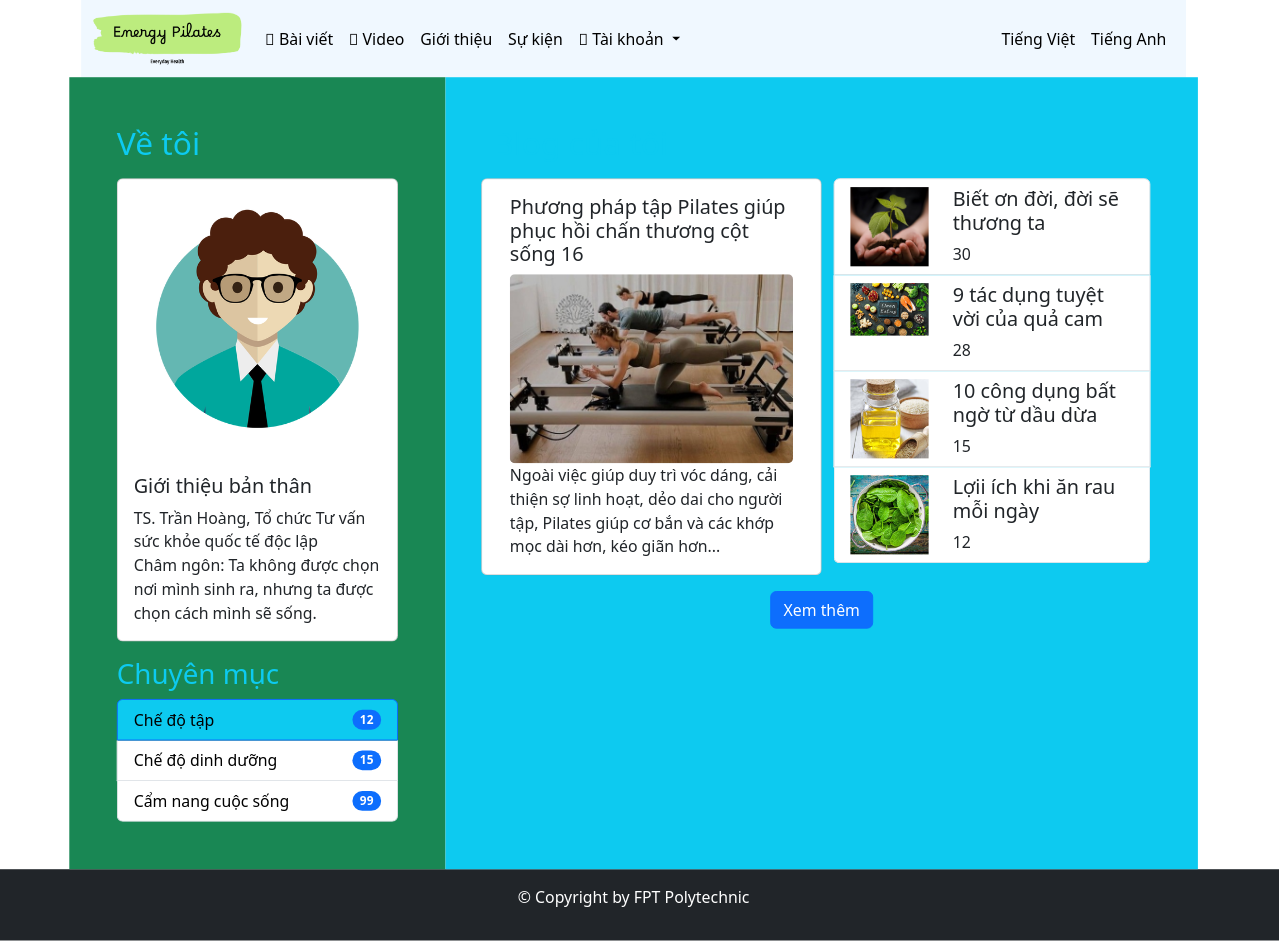
Repository: KizukoHeiwa/SOF308
Page: Lab1/index.html
The author's editor kept a copy of each file at every save. The page is drawn from the files as they stood at one save, then again after the next save.
The browser window is 1280 px wide. The page is 1292 px wide, so the pictures cover 1292 px, including what lies to the right of the window. The pictures show the whole page, at 99% of full size.

Above is the page before, as saved 2024-10-31 10:46:37.

### Lab1/index.html
<!DOCTYPE html>
<html lang="en">
<head>
    <meta charset="UTF-8">
    <meta name="viewport" content="width=device-width, initial-scale=1.0">
    <title>FPT Polytechnic</title>
    <link href="https://cdn.jsdelivr.net/npm/bootstrap@5.3.3/dist/css/bootstrap.min.css" rel="stylesheet" integrity="sha384-QWTKZyjpPEjISv5WaRU9OFeRpok6YctnYmDr5pNlyT2bRjXh0JMhjY6hW+ALEwIH" crossorigin="anonymous">
    <script src="https://cdn.jsdelivr.net/npm/bootstrap@5.3.3/dist/js/bootstrap.bundle.min.js" integrity="sha384-YvpcrYf0tY3lHB60NNkmXc5s9fDVZLESaAA55NDzOxhy9GkcIdslK1eN7N6jIeHz" crossorigin="anonymous"></script>
    <link rel="stylesheet" href="https://cdnjs.cloudflare.com/ajax/libs/font-awesome/4.7.0/css/font-awesome.min.css">
    <style>
        header{
            background-color: aliceblue;
            /* box-shadow: 1px 1px 2px 1px lightgray; */
        }
        .nav-link{
            color: black;
        }
        .nav-link:hover{
            color: green;
        }
        .navbar-nav .nav-link.active, .navbar-nav .nav-link.show {
            color: green;
        }
        .button-wrapper{
            display: flex;
            justify-content: center;
            align-items: center;
        }
        .footer-content{
            color: white;
            text-align: center;
        }
    </style>

</head>
<body>
    <div class="container">
        <header>
            <nav class="navbar navbar-expand-sm">
                <div class="container">
                    <a class="navbar-brand" href="#">
                        <img src="img/logo-energy-pilates.png" alt="" style="width: 150px;">
                    </a>
                    <div class="collapse navbar-collapse" id="collapsibleNavbar">
                        <ul class="navbar-nav me-auto">
                            <li class="nav-item">
                                <a class="nav-link" href="#"><i class="fa-solid fa-list"></i> Bài viết</a>
                            </li>
                            <li class="nav-item">
                                <a class="nav-link" href="#"><i class="fa-solid fa-film"></i> Video</a>
                            </li>
                            <li class="nav-item">
                                <a class="nav-link" href="#"><i class="fa-solid fa-circle-info"></i> Giới thiệu</a>
                            </li>
                            <li class="nav-item">
                                <a class="nav-link" href="#"><i class="fa-solid fa-calendar-days"></i> Sự kiện</a>
                            </li>
                            <li class="nav-item dropdown">
                                <a class="nav-link dropdown-toggle" href="#" role="button" data-bs-toggle="dropdown">
                                    <i class="fa-solid fa-user"></i> Tài khoản
                                </a>
                                <ul class="dropdown-menu">
                                    <li><a class="dropdown-item" href="#">Đăng nhập</a></li>
                                    <li><a class="dropdown-item" href="#">Quên mật khẩu</a></li>
                                    <li><a class="dropdown-item" href="#">Đăng ký thành viên</a></li>
                                </ul>
                            </li>
                        </ul>
                        <ul class="navbar-nav d-flex">
                            <li class="nav-item">
                                <a class="nav-link">Tiếng Việt</a>
                            </li>
                            <li class="nav-item">
                                <a class="nav-link">Tiếng Anh</a>
                            </li>
                        </ul>
                    </div>
                </div>
            </nav>
        </header>
        <section class="row">
            <aside class="col-sm-4 bg-success p-5">
                <div class="col-sm">
                    <h2 class="text-info mb-3">Về tôi</h2>
                    <div class="card mb-3">
                        <img src="img/avatar.png" class="card-img-top" alt="">
                        <div class="card-body">
                            <h5 class="card-title">Giới thiệu bản thân</h5>
                            <p class="card-text">TS. Trần Hoàng, Tổ chức Tư vấn sức khỏe quốc tế độc lập <br>
                                Châm ngôn: Ta không được chọn nơi mình sinh ra, nhưng ta được chọn cách mình sẽ sống.
                            </p>
                        </div>
                    </div>

                    <h3 class="text-info mt-2">Chuyên mục</h3>
                    <ul class="list-group">
                        <li class="list-group-item active bg-info d-flex justify-content-between align-items-center">
                            <a class="nav-link" href="#">Chế độ tập</a>
                            <span class="badge bg-primary rounded-pill">12</span>
                        </li>
                        <li class="list-group-item d-flex justify-content-between align-items-center">
                            <a class="nav-link" href="#">Chế độ dinh dưỡng</a>
                            <span class="badge bg-primary rounded-pill">15</span>
                        </li>
                        <li class="list-group-item d-flex justify-content-between align-items-center">
                            <a class="nav-link" href="#">Cẩm nang cuộc sống</a>
                            <span class="badge bg-primary rounded-pill">99</span>
                        </li>
                    </ul>
                    <!-- end Chuyên mục -->
                </div>
            </aside>
            <article class="col-sm-8 bg-info p-5">
                <div class="row">
                        <h2 class="text-info mb-3">Blog của tôi</h2>
                        <div class="card col-sm-6">
                            <div class="card-body">
                                <h5 class="card-title">Phương pháp tập Pilates giúp phục hồi chấn thương cột sống <i class="fa-solid fa-message"></i> 16</h5>
                                <img src="img/tap-piltes.jpg" alt="" class="card-img">
                                <p class="card-text">Ngoài việc giúp duy trì vóc dáng, cải thiện sợ linh hoạt, dẻo dai cho người tập, Pilates giúp cơ bắn và các khớp mọc dài hơn, kéo giãn hơn...</p>
                            </div>
                        </div>
                        <div class="col-sm-6">
                            <ul class="list-group">
                                <li class="list-group-item d-flex justify-content-between align-items-start">
                                    <div class="row">
                                        <div class="col-4">
                                            <img src="img/corevalue.jpg" alt="" class="card-img">
                                        </div>
                                        <div class="col-8">
                                            <h5>Biết ơn đời, đời sẽ thương ta</h5>
                                            <span>30</span>
                                        </div>
                                    </div>
                                </li>
                                <li class="list-group-item d-flex justify-content-between align-items-start">
                                    <div class="row">
                                        <div class="col-4">
                                            <img src="img/eat-clean.png" alt="" class="card-img">
                                        </div>
                                        <div class="col-8">
                                            <h5>9 tác dụng tuyệt vời của quả cam</h5>
                                            <span>28</span>
                                        </div>
                                    </div>
                                </li>
                                <li class="list-group-item d-flex justify-content-between align-items-start">
                                    <div class="row">
                                        <div class="col-4">
                                            <img src="img/sesameoil_300x300.jpg" alt="" class="card-img">
                                        </div>
                                        <div class="col-8">
                                            <h5>10 công dụng bất ngờ từ dầu dừa</h5>
                                            <span>15</span>
                                        </div>
                                    </div>
                                </li>
                                <li class="list-group-item d-flex justify-content-between align-items-start">
                                    <div class="row">
                                        <div class="col-4">
                                            <img src="img/spinach_300x300.jpg" alt="" class="card-img">
                                        </div>
                                        <div class="col-8">
                                            <h5>Lợii ích khi ăn rau mỗi ngày</h5>
                                            <span>12</span>
                                        </div>
                                    </div>
                                </li>
                            </ul>
                        </div>
                    </div>
                    <div class="button-wrapper">
                        <button type="button" class="btn btn-primary m-3">Xem thêm</button>
                    </div>
                </div>
            </article>
        </section>
        <footer class="row bg-dark p-3">
            <p class="footer-content">&copy; Copyright by FPT Polytechnic</p>
        </footer>
    </div>
</body>
</html>

After the next save:
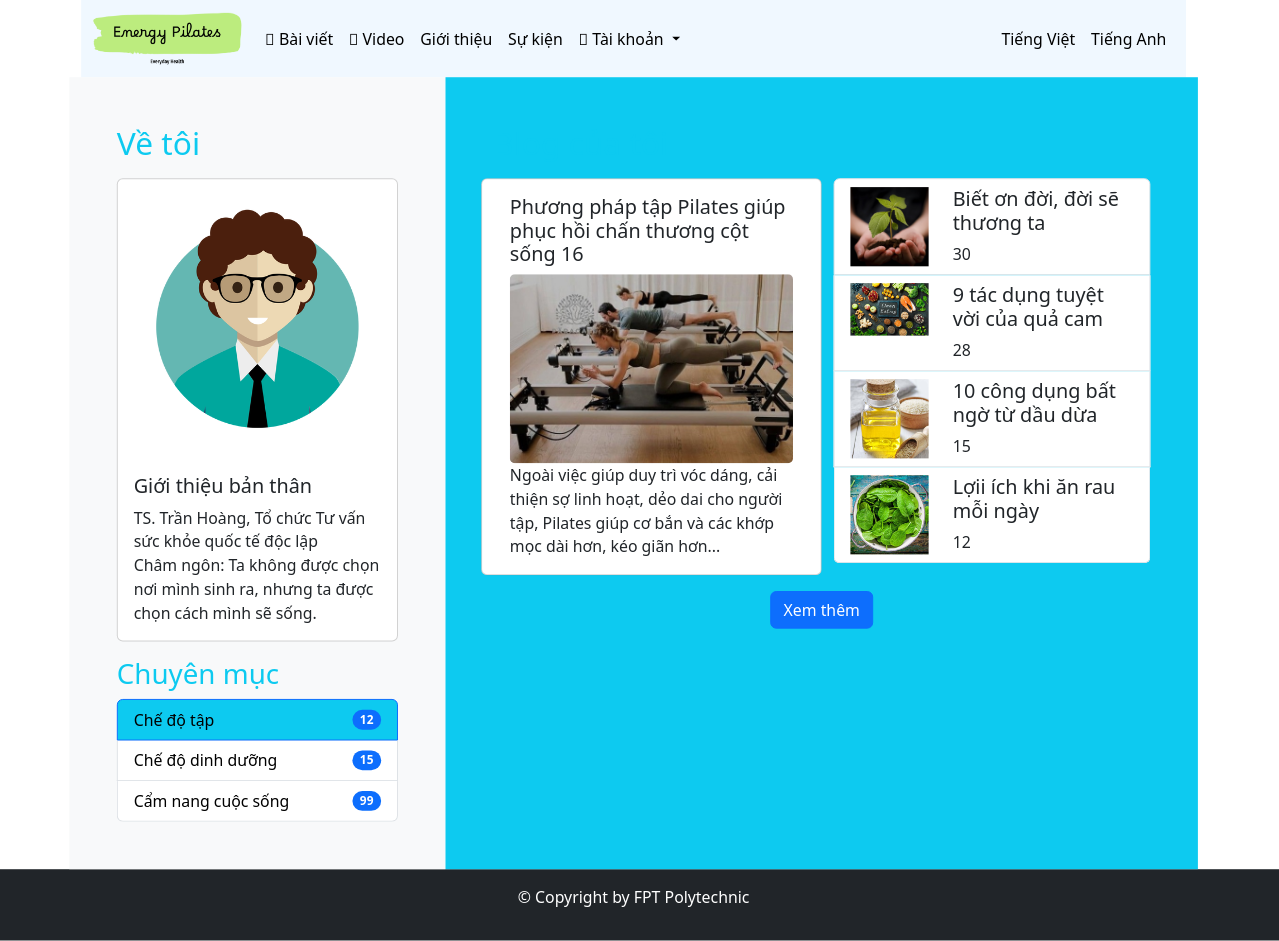
Saved 5 s later.
--- a/Lab1/index.html
+++ b/Lab1/index.html
@@ -79,7 +79,7 @@
             </nav>
         </header>
         <section class="row">
-            <aside class="col-sm-4 bg-success p-5">
+            <aside class="col-sm-4 bg-light p-5">
                 <div class="col-sm">
                     <h2 class="text-info mb-3">Về tôi</h2>
                     <div class="card mb-3">
